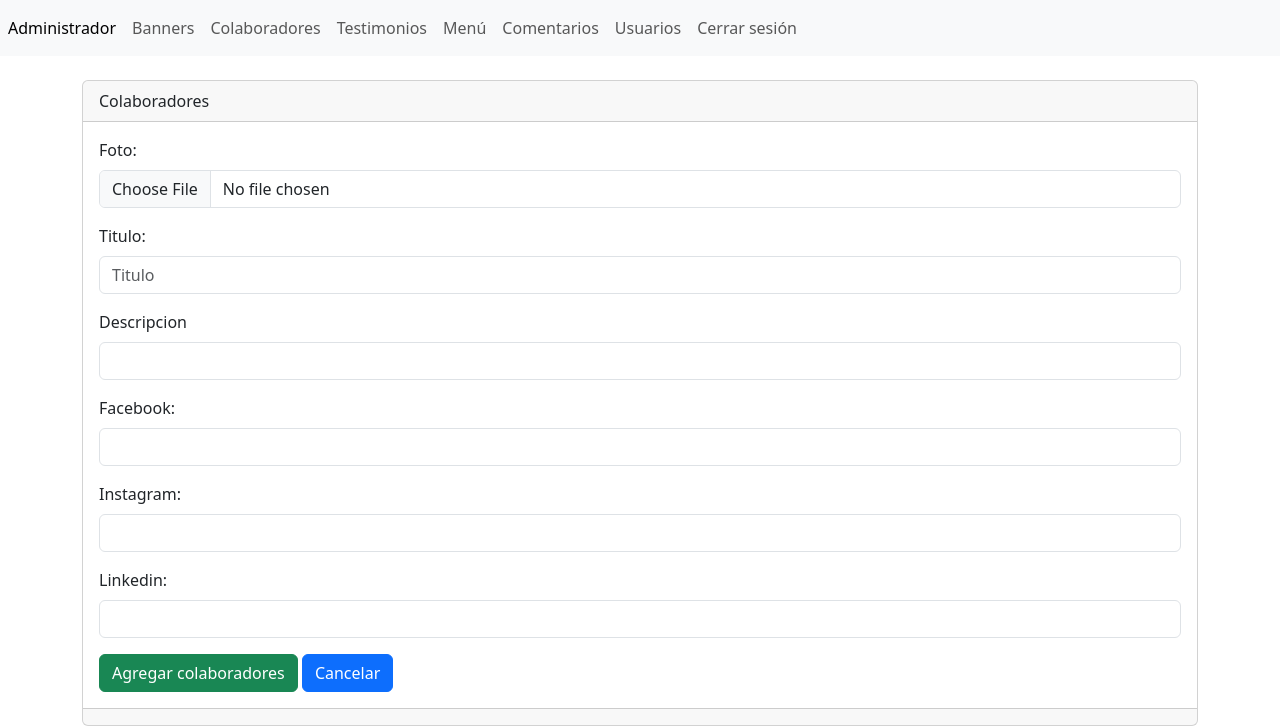
Repository: salextros/Restaurant-Project-PHP-MySQL
Page: http://localhost/TRABAJO_FINAL/restaurant/admin/seccion/colaboradores/editar.php
These files come from the project's save history. The page is drawn as it stood at one moment and after the next save; the edit follows.
The browser window is 1280 px wide. The pictures show the whole page.
The page is run by PHP 8.4 with error messages shown; the project is at /var/www/html/.

Above is the page before, as saved 2026-01-25 17:29:50.

After the next save:
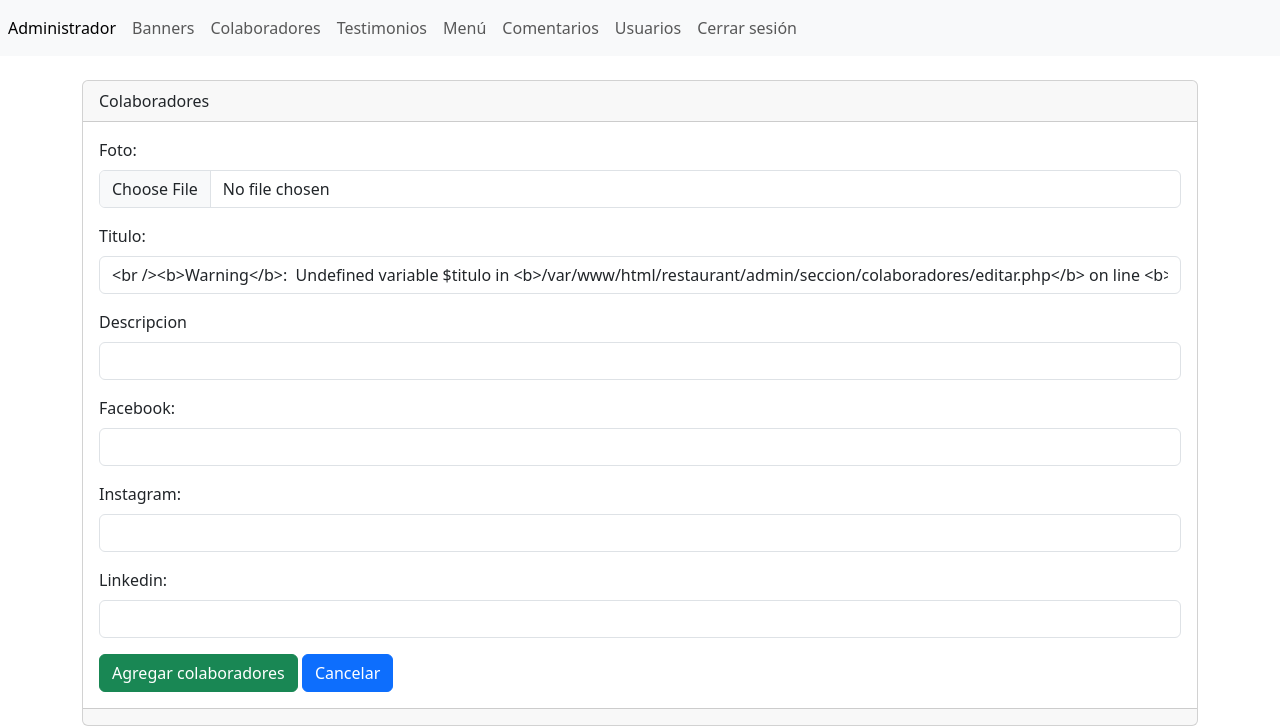
Saved 2 min 32 s later.
--- a/restaurant/admin/seccion/colaboradores/editar.php
+++ b/restaurant/admin/seccion/colaboradores/editar.php
@@ -7,6 +7,7 @@ if(isset($_GET["txtID"])){
     $sentencia->execute();
     $registro=$sentencia->fetch(PDO::FETCH_LAZY);
 
+    //Recuperacion de datos (asignar a formulario)
     $titulo=$registro["titulo"];
     $descripcion=$registro["descripcion"];
     $link=$registro["foto"];
@@ -33,7 +34,10 @@ include('../../templates/header.php');
 
             <div class="mb-3">
                 <label for="titulo" class="form-label">Titulo:</label>
-                <input type="text" class="form-control" name="titulo" id="titulo" aria-describedby="helpId"  placeholder="Titulo">
+                <input type="text"
+                value="<?php echo $titulo;?>"
+                 class="form-control" name="titulo" id="titulo" aria-describedby="helpId"  placeholder="Titulo">
+
             </div>
 
             <div class="mb-3">
